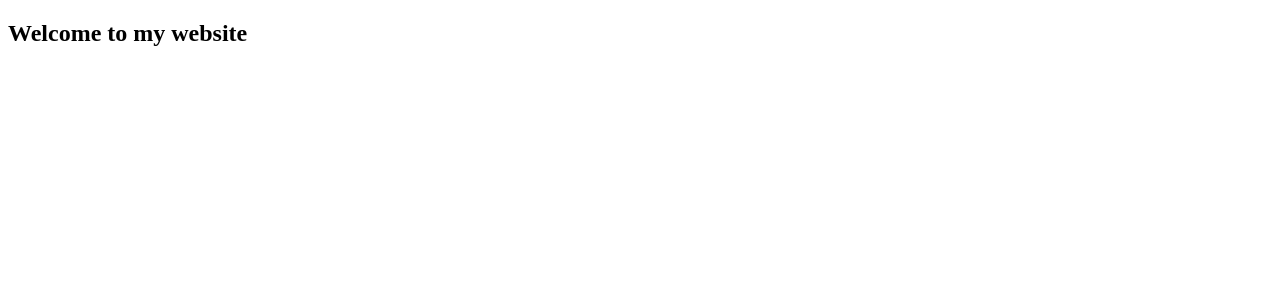
Repository: Rohit-Sarkar55/microservice-Springboot
Page: http://localhost/movie-web/views/index.jsp
An editor plug-in stored every save of this project. The page is shown before and after the next save, followed by the edit.
The browser window is 1280 px wide. The pictures show the whole page.
The page is served by Tomcat 9.

Above is the page before, as saved 2024-01-17 10:11:07.

After the next save:
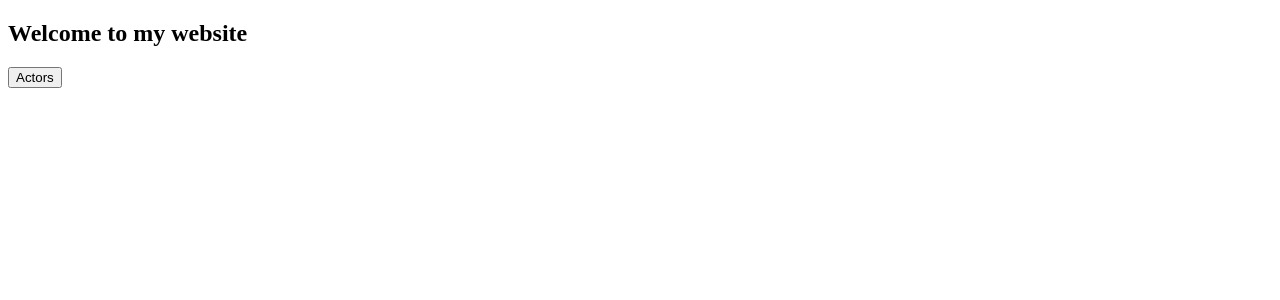
Saved 29 s later.
--- a/movie-web/src/main/webapp/views/index.jsp
+++ b/movie-web/src/main/webapp/views/index.jsp
@@ -9,7 +9,7 @@
 <body>
 	<h2>Welcome to my website </h2>
 	<form action="actors" method="post">
-
+		<input type="submit" value="Actors">
 	</form>
 </body>
 </html>
